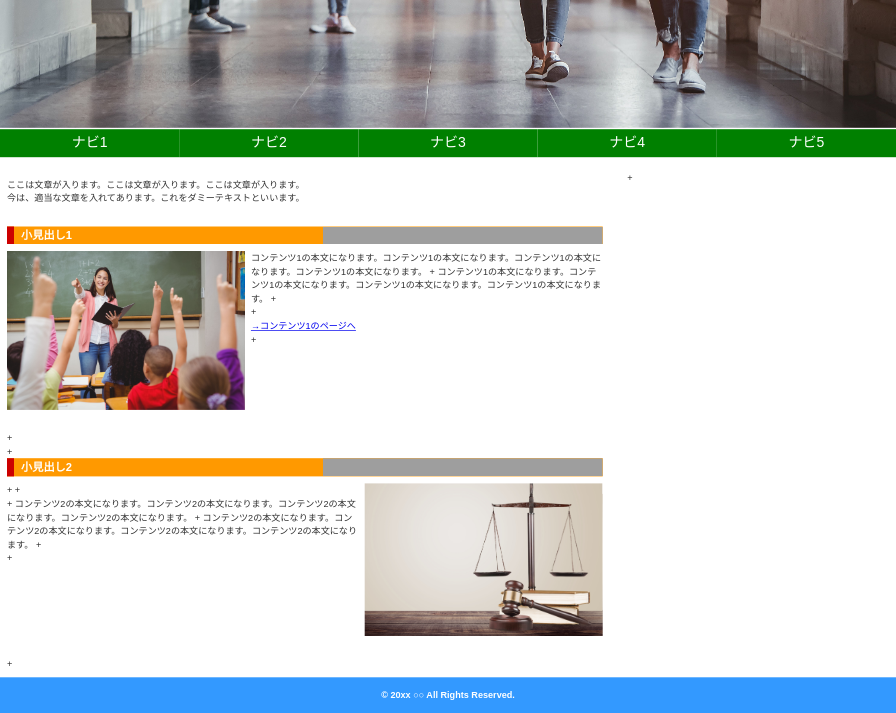
Repository: Burai919/samurai_HTML-CSS
Page: index3.html/home.html
The author's editor kept a record of every edit. The page is drawn from the files as they stood at one moment, then again after the next edit.
The browser window is 1280 px wide. The pictures show the part of the page from y = 672 to 2592 px (the page is 1691 px tall before and 2623 px after), at 70% of full size.
Pictures or frames that could not be fetched are drawn as grey boxes.

Above is the page before.

### index3.html/home.html
<!DOCTYPE html>
<html lang=" ja">
  <head>
    <meta charest="UTF-8">
    <title>HTML/CSSの学習</title>
    <link rel="stylesheet" href="stylesheet.css">
  </head>
  <body>
      <div id="header">
          <h1><a href="index.html"><img id="corridor" src="images/corridor.jpg" alt="大学の廊下" /></a></h1>
      </div>
    <div id="wrapper">
        <div id="nav">
                <ul>
                    <li><a href="home.html">ナビ1</a></li>
                    <li><a href="#">ナビ2</a></li>
                    <li><a href="#">ナビ3</a></li>
                    <li><a href="#">ナビ4</a></li>
                    <li><a href="#">ナビ5</a></li>
               </ul>
            </div>
                       <div id="container">
               <div id="main">
                    <div class="post">
                        <p>ここは文章が入ります。ここは文章が入ります。ここは文章が入ります。<br />今は、適当な文章を入れてあります。これをダミーテキストといいます。</p>
                    </div>
                    <div class="post clearfix">
                        <h2>小見出し1</h2>
                        <img class="left" src="images/classroom.jpg" alt="授業風景" />
                        <p>
                            コンテンツ1の本文になります。コンテンツ1の本文になります。コンテンツ1の本文になります。コンテンツ1の本文になります。
+                            コンテンツ1の本文になります。コンテンツ1の本文になります。コンテンツ1の本文になります。コンテンツ1の本文になります。
+                        </p>
+                        <p><a href="#">→コンテンツ1のページへ</a></p>
+                    </div>
+                    <div class="post clearfix">
+                        <h2>小見出し2</h2>
+                        <img class="right" src="images/scale.jpg" alt="天秤" />
+                        <p>
+                            コンテンツ2の本文になります。コンテンツ2の本文になります。コンテンツ2の本文になります。コンテンツ2の本文になります。
+                            コンテンツ2の本文になります。コンテンツ2の本文になります。コンテンツ2の本文になります。コンテンツ2の本文になります。
+                        </p>
+                    </div>
+                </div>
+            </div>
  </div>
  <div id="footer">
      <p>&copy; 20xx ○○ All Rights Reserved.</p>
  </div>
 </body>
</html>

### index3.html/stylesheet.css
@charest "utf-8";

body {
      margin: 0;
      padding: 0;
      font-family: "ヒラギノ角ゴ　pro W3", "Hiragino Kaku Gothic Pro", "メイリオ", Meiryo, Osaka, "ＭＳ Ｐゴシック", "MS PGothic", sans-serif;
      color: #333;
      font-size: 13px;
      line-height: 150%;
}
/*---------------------wraper-----------------------------*/

#wraper {
      width: 100%;
      margin: auto;
      padding: 0px;
      border: 0px;
      background-color:#FFF;
      top: 10px;
      position: relative;
}

 /* -------------------- header -------------------- */
 #header {
 	width: 100%;
 }
 #header h1 {
 	 margin: 0;
	 padding: 0;
 }

 #corridor {
	 width: 100%;
	 height: auto;
 }
 /* -------------------- footer -------------------- */
 #footer {
 	 clear: both;
 	 width: 100%;
 	 padding: 3px 0 3px 0;
 	 background: #39F;
 	 color: #FFF;
 	 font-weight: bold;
 	 text-align: center;
 }

 /* -------------------- nav -------------------- */
 #nav {
	 width: 100%;
 }
 #nav ul {
    display: flex;
	 margin: 0;
	 padding: 0;
	 list-style-type: none;
 }
 #nav ul li {
	 width: 20%;
	 text-align: center;
 }
 #nav ul li a {
	 display: block;
	 height: 20px;
	 margin: 0;
	 padding: 10px;
	 color: #FFF;
	 font-size: 20px;
	 text-decoration: none;
	 background-color: green;
 }

 #nav ul li a:hover {
     filter: drop-shadow(10px 10px 10px black);
 }

 /* -------------------- container -------------------- */
 #container {
	 width: 100%;
	 margin: auto ;
	 padding: auto;
	 padding-top: 20px;
	 clear: both;
	 display: grid;
	 grid-template-columns: 70vw 30vw
 }
 /* -------------------- main -------------------- */
 #main {
     width: 95%;
	 padding: 10px 30px 10px 10px;
 }
 #main h2 {
	 margin: 0 0 10px 0;
	 padding: 3px 10px 3px 10px;
	 color: #FFF;
	 font-size: 16px;
	 border-left: solid 10px #C00;
	 background: #F90 url(../images/main_h2.jpg) right top repeat-y;
 }
 #main p {
	 margin: 0;
	 padding: 0;
 }
 #main .post {
	 margin: 0 0 30px 0;
 }

 #main .post img.right {
	 margin: 0 0 0 8px;
 }
 #main .post img.left {
	 margin: 0 8px 0 0;
 }

 .right {
	 float: right;
	 width: 40%;
	 height: auto;
 }
 .left {
	 float: left;
	 width: 40%;
	 height: auto;
 }

 /* -------------------- clearfix -------------------- */
 .clearfix {
	 zoom: 1;
 }
 .clearfix:after{
	 content: "";
	 display: block;
	 clear: both;
 }
 /* -------------------- side -------------------- */
 #side {
 	 width: 85%;
 	 padding: 20px;
 	 background-color: #F99;
 }
 #side .box {
 	 margin: 0 auto 30px auto;
 	 padding: 0 0 20px 0;
 	 background: url(images/side_box.png) bottom no-repeat;
 }
 #side .box h2 {
 	 margin: 0;
 	 padding: 8px;
 	 text-align: center;
 	 color: #fff;
 	 font-size: 16px;
 	 line-height: 16px;
 	 font-weight: normal;
 	 background: url(images/side_box_h2.png) center no-repeat;
 }
 #side .box .boxBody {
 	 padding: 8px;
 	 border-right: solid 1px #C36;
 	 border-bottom: solid 1px #C36;
 	 border-left: solid 1px #C36;
 	 background: #fff;
 }
 #side .box .boxBody ul {
 	 margin: 0 0 16px 0;
 	 padding: 0;
 }
 #side .box .boxBody ul li {
 	 padding: 8px 0 8px 4px;
 	 list-style: none;
 	 border-bottom: solid 1px #C36;
 }
  #side .box .boxBody ul li:hover {
         padding: 8px 0 8px 4px;
         list-style: none;
         border-bottom: solid 1px #c36;
         box-shadow: 0px 4px 4px rgba(0, 0, 0, 0.3);
  }

After the next edit:
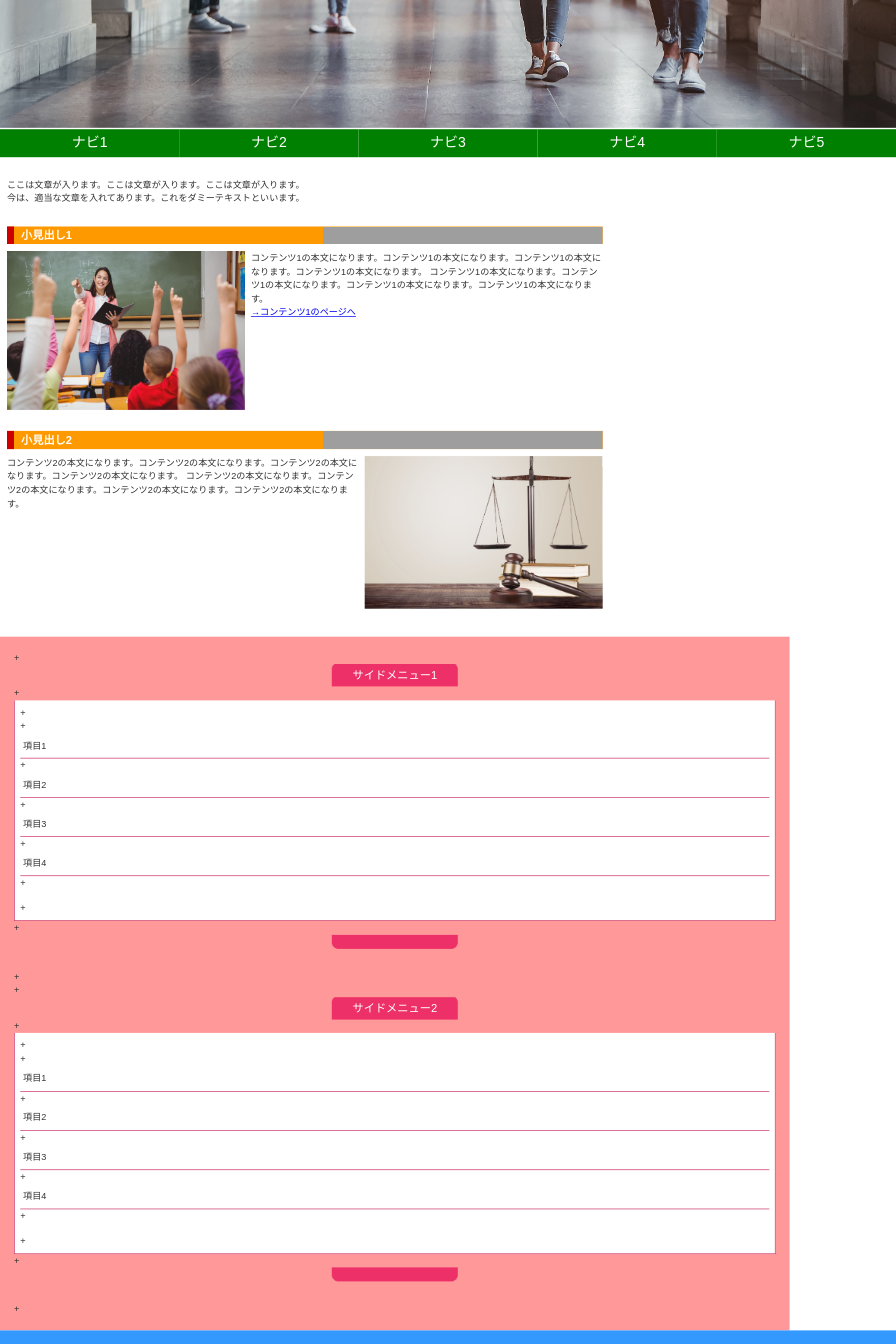
The edit:
--- a/index3.html/home.html
+++ b/index3.html/home.html
@@ -29,17 +29,41 @@
                         <img class="left" src="images/classroom.jpg" alt="授業風景" />
                         <p>
                             コンテンツ1の本文になります。コンテンツ1の本文になります。コンテンツ1の本文になります。コンテンツ1の本文になります。
-+                            コンテンツ1の本文になります。コンテンツ1の本文になります。コンテンツ1の本文になります。コンテンツ1の本文になります。
-+                        </p>
-+                        <p><a href="#">→コンテンツ1のページへ</a></p>
+                            コンテンツ1の本文になります。コンテンツ1の本文になります。コンテンツ1の本文になります。コンテンツ1の本文になります。
+                        </p>
+                        <p><a href="#">→コンテンツ1のページへ</a></p>
+                    </div>
+                    <div class="post clearfix">
+                        <h2>小見出し2</h2>
+                        <img class="right" src="images/scale.jpg" alt="天秤" />
+                        <p>
+                            コンテンツ2の本文になります。コンテンツ2の本文になります。コンテンツ2の本文になります。コンテンツ2の本文になります。
+                            コンテンツ2の本文になります。コンテンツ2の本文になります。コンテンツ2の本文になります。コンテンツ2の本文になります。
+                        </p>
+                    </div>
+                </div>
+            </div>
+                      <div id="side">
+                <div class="box">
++                    <h2>サイドメニュー1</h2>
++                    <div class="boxBody">
++                        <ul>
++                            <li>項目1</li>
++                            <li>項目2</li>
++                            <li>項目3</li>
++                            <li>項目4</li>
++                        </ul>
 +                    </div>
-+                    <div class="post clearfix">
-+                        <h2>小見出し2</h2>
-+                        <img class="right" src="images/scale.jpg" alt="天秤" />
-+                        <p>
-+                            コンテンツ2の本文になります。コンテンツ2の本文になります。コンテンツ2の本文になります。コンテンツ2の本文になります。
-+                            コンテンツ2の本文になります。コンテンツ2の本文になります。コンテンツ2の本文になります。コンテンツ2の本文になります。
-+                        </p>
++                </div>
++                <div class="box">
++                    <h2>サイドメニュー2</h2>
++                    <div class="boxBody">
++                        <ul>
++                            <li>項目1</li>
++                            <li>項目2</li>
++                            <li>項目3</li>
++                            <li>項目4</li>
++                        </ul>
 +                    </div>
 +                </div>
 +            </div>
